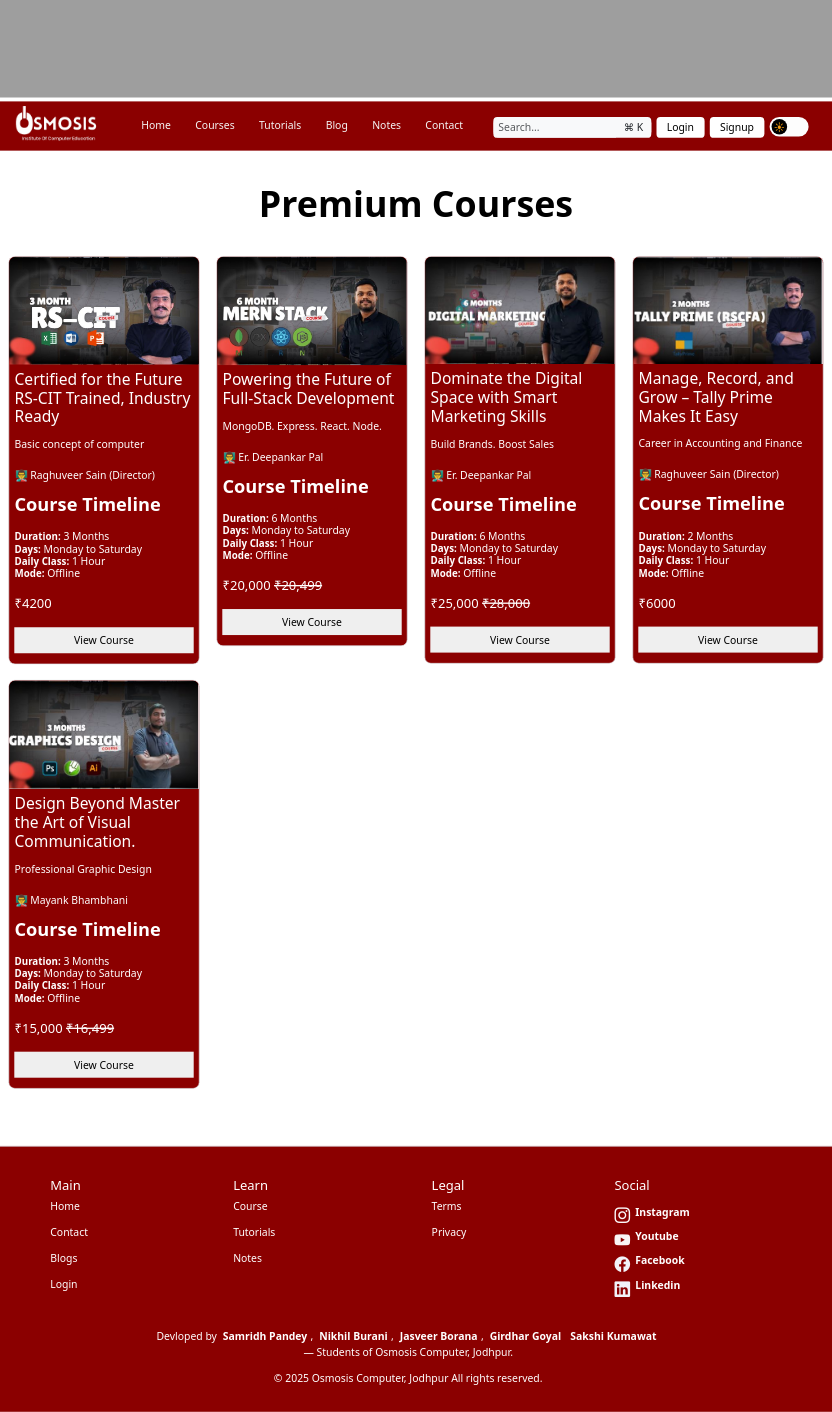
Repository: samriidhpandey/osmosis
Page: /Courses
An editor plug-in stored every save of this project. The page is shown before and after the next save, followed by the edit.
The browser window is 1280 px wide. The pictures show the whole page, at 65% of full size.
Pictures or frames that could not be fetched are drawn as grey boxes. The project was rebuilt for these pictures with package versions that can differ from the ones it lists, and the page was loaded fresh each time. Also part of the build but not shown: vite.config.js, src/Section2.jsx, src/Section3.jsx, src/Section4.jsx, src/InfiniteReviewScroll.jsx, src/Section5.jsx, src/TypingText.jsx, src/AnimatedName.jsx and 103 more. Imported but missing from the stored project, and not drawn on this page: src/Images/final-app-on-mobile.mp4, src/Images/final-app-on-pc.mp4, src/Images/open-terminals.mp4, src/Images/python-location.mp4.

Above is the page before, as saved 2025-07-21 16:30:32.

After the next save:
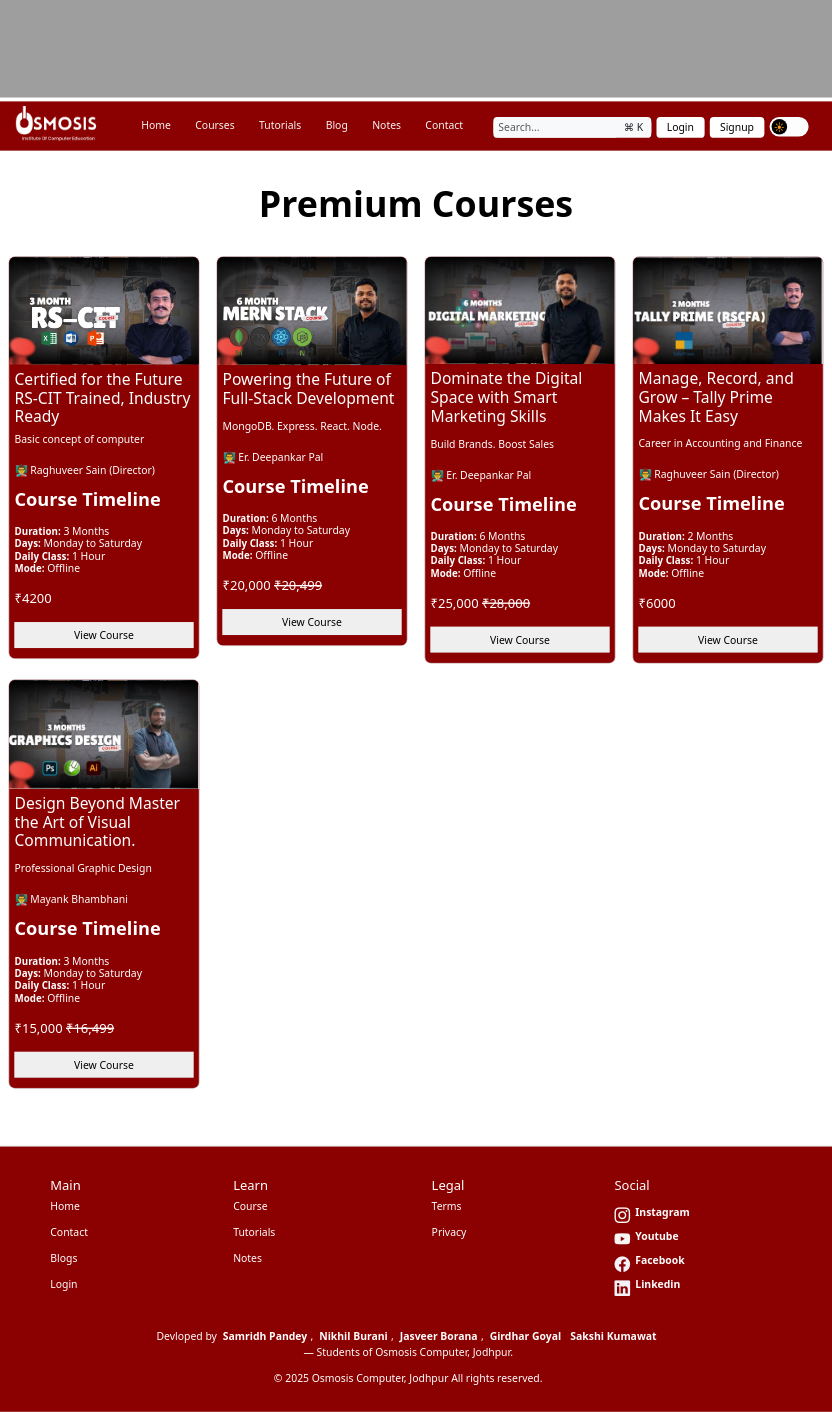
Saved 20 s later.
--- a/src/Component2/Courses.jsx
+++ b/src/Component2/Courses.jsx
@@ -52,7 +52,7 @@
               </div>
               <div className=" p-2">
             <h4 className=''>Certified for the Future RS-CIT Trained, Industry Ready</h4>
-            <p className='mt-3'>Basic concept of computer</p>
+            <p className=''>Basic concept of computer</p>
             <p className='mt-4'>👨‍🏫 Raghuveer Sain (Director)</p>
             <h3 style={headingStyle}>Course Timeline</h3>
       <p style={itemStyle}><strong>Duration:</strong> 3 Months</p>
